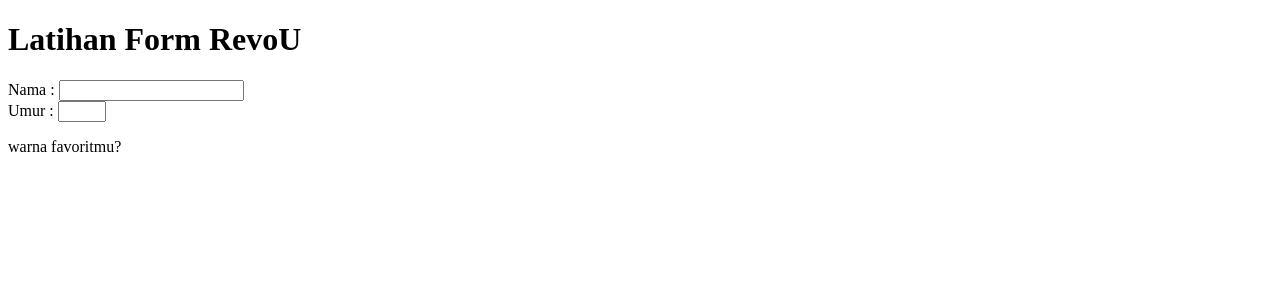
Repository: esramrsln/day2_RevoU
Page: form.html
The author's editor kept a copy of each file at every save. The page is drawn from the files as they stood at one save, then again after a run of saves.
The browser window is 1280 px wide. The pictures show the whole page.

Above is the page before, as saved 2024-07-23 21:26:21.

### form.html
<!DOCTYPE html>
<html>
<head>
    <meta charset="UTF-8" />
    <title>Membuat Form sederhana</title>
</head>
<body>
    <h1>Latihan Form RevoU</h1>
    <form>
        <label for="name">Nama :</label>
        <input id="name" type="text"/>
        <br>
        <label for="umur">Umur :</label>
        <input id="umur" type="number" min="1" max="9">
        <p><b></b> warna favoritmu?</p>
    </form>
</body>
</html>

After the next 2 saves:
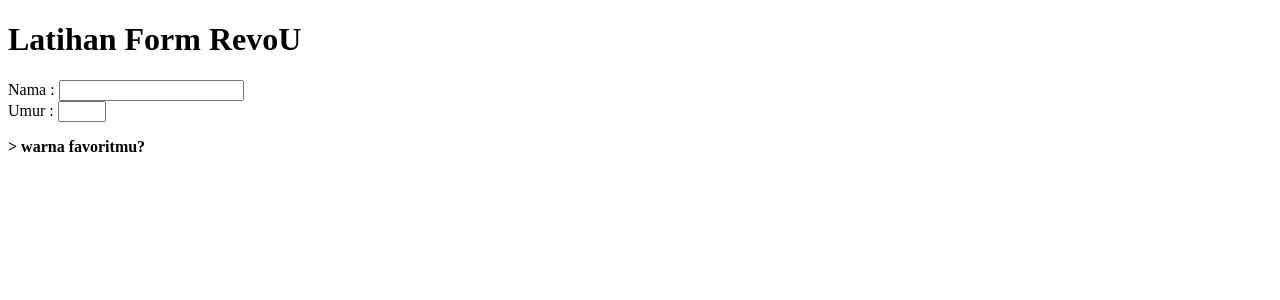
The 2 saves are shown as one change because they came seconds apart.
The last was saved 8 s later.
--- a/form.html
+++ b/form.html
@@ -12,7 +12,7 @@
         <br>
         <label for="umur">Umur :</label>
         <input id="umur" type="number" min="1" max="9">
-        <p><b></b> warna favoritmu?</p>
+        <p><b>> warna favoritmu?</b</p>
     </form>
 </body>
 </html>
